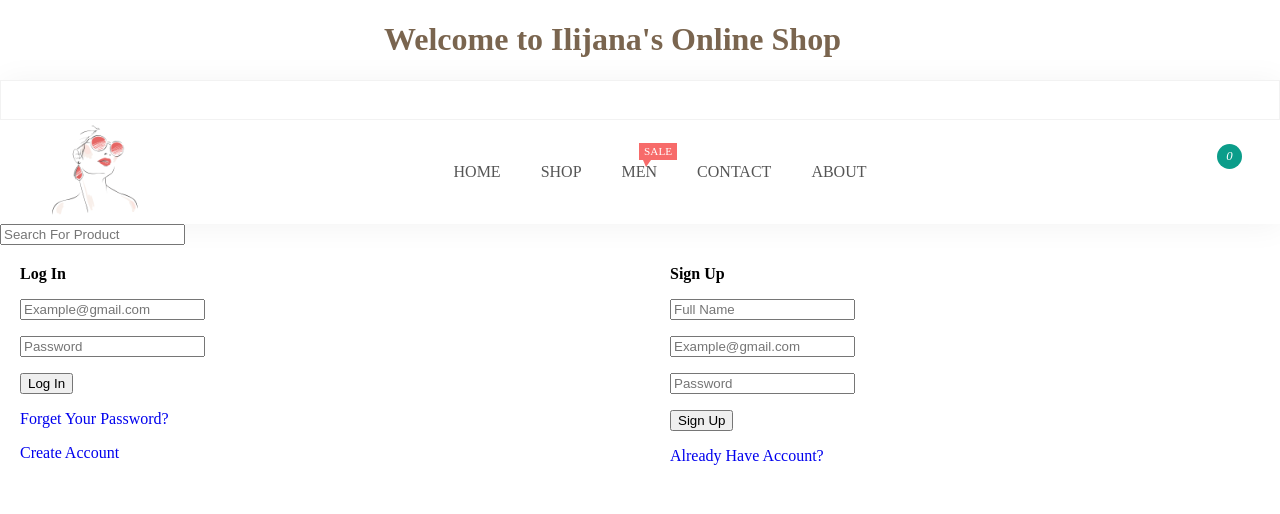
Repository: ilijana123/Proekt1
Page: html.html
These files come from the project's save history. The page is drawn as it stood at one moment and after the next save; the edit follows.
The browser window is 1280 px wide. The pictures show the part of the page from y = 0 to 514 px (the page is 4329 px tall before and 4363 px after).
Pictures or frames that could not be fetched are drawn as grey boxes. A picture or video elsewhere on the page could not be fetched, so the positions and the page height are approximate. The page's requests for data from a server got no answer.

Above is the page before, as saved 2023-11-13 03:19:58.
Console error: TypeError: Cannot read properties of null (reading 'appendChild')

### html.html
<!DOCTYPE html>
<html>
    <head>

    <meta charset="utf-8">
    <title>Online shop</title>
    <link rel="stylesheet" type="text/css" href="1.css">
    <script src="script.js"></script>

    </head>

    <body>
    <header>
       <h1>Welcome to Ilijana's Online Shop</h1>
    </header>
    <nav>
 <div class="social-call">
     <div class="social">
         <a href="#"><i class="fab fa-facebook-f"></i></a>
         <a href="#"><i class="fab fa-twitter"></i></a>
         <a href="#"><i class="fab fa-youtube"></i></a>
         <a href="#"><i class="fab fa-instagram"></i></a>
     </div>
 </div>
 <div class="navigation">
     <a href="#" class="logo"><img src="logo.png"></a>
     <div class="toggle"></div>
     <ul class="menu">
         <li><a href="#">Home</a></li>
         <li  class="shop"><a href="#" >Shop</a></li>
         <li><a href="#">Men</a>
             <span class="sale-lable">Sale</span>
         </li>
         <li><a href="#">Contact</a></li>
         <li><a href="#">About</a></li>
     </ul>
     <div class="right-menu">
         <a href="javascript:void(0);" class="search">
             <i class="fas fa-search"></i>
         </a>
         <a href="javascript:void(0);" class="user">
             <i class="far fa-user"></i>
         </a>
         <a href="#">
             <i class="fas fa-shopping-cart">
                 <span class="num-cart-product">0</span>
             </i>
         </a>
     </div>
     </div>
 </nav>
 <div class="search-bar">
    <div class="search-input">
    <input type="text" placeholder="Search For Product" name="search" />
    <a href="javascript:void(0);" class="search-cancel">
        <i class="fas fa-times"></i>
    </a>
</div>
</div>
 <div class="form">
    <div class="login-form">
        <a href="javascript:void(0);" class="form-cancel">
            <i class="fas fa-times"></i>
        </a>
        <strong>Log In</strong>
        <form>
            <p><input type="email" name="email" placeholder="Example@gmail.com" required/></p>
            <p><input type="password" name="password" placeholder="Password" required/></p>
            <p><input type="submit" value="Log In"/></p>
        </form>
        <div class="form-btns">
            <p><a href="#" class="forget">Forget Your Password?</a></p>
            <p><a href="javascript:void(0);" class="sign-up-btn">Create Account</a></p>
        </div>
    </div>
        <div class="sign-up-form">
        <a href="javascript:void(0);" class="form-cancel">
            <i class="fas fa-times"></i>
        </a>
            <strong>Sign Up</strong>
            <form>
                <p><input type="text" name="fullname" placeholder="Full Name" required/></p>
                <p><input type="email" name="email" placeholder="Example@gmail.com" required/></p>
                <p><input type="password" name="password" placeholder="Password" required/></p>
                <p><input type="submit" value="Sign Up"/></p>
            </form>
            <div class="form-btns">
                <a href="javascript:void(0);" class="already-account">
                    Already Have Account?</a>

            </div>
        </div>
</div>
<ul id="adaptive" class="cs-hidden">
    <li class="item-a">
<div class="full-slider-box f-slide-1">

    <div class="f-slider-text-container">
    <div class="f-slider-text">
        <span>Limited Offer</span>
        <strong>30% Off<br/> With <font>Promo Code</font></strong>
        <a href="#" class="f-slider-btn">Shop Now</a>
    </div>
    </div>

</div>
</li>
    <li class="item-b">
<div class="full-slider-box f-slide-2">

    <div class="f-slider-text-container">
    <div class="f-slider-text">
        <span>Limited Offer</span>
        <strong>30% Off<br/> With <font>Promo Code</font></strong>
        <a href="#" class="f-slider-btn">Shop Now</a>
    </div>
    </div>

</div>
</li>
     <li class="item-c">
<div class="full-slider-box f-slide-3">

    <div class="f-slider-text-container">
    <div class="f-slider-text">
        <span>Limited Offer</span>
        <strong>30% Off<br/> With <font>Promo Code</font></strong>
        <a href="#" class="f-slider-btn">Shop Now</a>
    </div>
    </div>

</div>
</li>

</ul>
        <ul id="autoWidth" class="container" class="cs-hidden">
            <li class="item">
                <div class="feature-box">
                    <a href="#">
                        <img src="images/feature_1.jpg">
                    </a>
                </div>
                <span>T-Shirts</span>
            </li>
            <li class="item">
                <div class="feature-box">
                    <a href="#">
                        <img src="images/feature_2.jpg">
                    </a>
                </div>
                <span>Men T-Shirts</span>
            </li>
            <li class="item">
                <div class="feature-box">
                    <a href="#">
                        <img src="images/feature_3.jpg">
                    </a>
                </div>
                <span>Kids T-Shirts</span>
            </li>
            <li class="item">
                <div class="feature-box">
                    <a href="#">
                        <img src="images/feature_4.jpg">
                    </a>
                </div>
                <span>Pillow</span>
            </li>
            <li class="item">
                <div class="feature-box">
                    <a href="#">
                        <img src="images/feature_5.jpg">
                    </a>
                </div>
                <span>Phone Cover</span>
            </li>
            <li class="item">
                <div class="feature-box">
                    <a href="#">
                        <img src="images/feature_6.jpg">
                    </a>
                </div>
                <span>Shopping Bags</span>
            </li>

          </ul>
   <section class="new-arrival">
    <div class="arrival-heading">
        <strong>New Arrival</strong>
        <p>We Provide You New Fasion Design Clothes</p>
    </div>
      <div class="product-container">
          <div class="product-box">
              <div class="product-img">
                  <a href="#" class="add-cart">
                      <i class="fas fa-shopping-cart"></i>
                    </a>
                <img src="images/p-1.png">
              </div>
              <div class="product-details">
                  <a href="#" class="p-name">Drawstring T-Shirt</a>
                  <span class="p-price">$22.00</span>
              </div>
          </div>
            <div class="product-box">
                <div class="product-img">
                  <a href="#" class="add-cart"><i class="fas fa-shopping-cart"></i></a>
                  <img src="images/p-2.png">
                </div>
                <div class="product-details">
                    <a href="#" class="p-name">Drawstring T-Shirt</a>
                    <span class="p-price">$22.00</span>
                </div>
            </div>
          <div class="product-box">
            <div class="product-img">
                <a href="#" class="add-cart"><i class="fas fa-shopping-cart"></i></a>
              <img src="images/p-3.png">
            </div>
            <div class="product-details">
                <a href="#" class="p-name">Drawstring T-Shirt</a>
                <span class="p-price">$22.00</span>
            </div>
        </div>
          <div class="product-box">
            <div class="product-img">
                <a href="#" class="add-cart"><i class="fas fa-shopping-cart"></i></a>
              <img src="images/p-4.png">
            </div>
            <div class="product-details">
                <a href="#" class="p-name">Drawstring T-Shirt</a>
                <span class="p-price">$22.00</span>
            </div>
        </div>
          <div class="product-box">
            <div class="product-img">
                <a href="#" class="add-cart"><i class="fas fa-shopping-cart"></i></a>
              <img src="images/p-5.png">
            </div>
            <div class="product-details">
                <a href="#" class="p-name">Drawstring T-Shirt</a>
                <span class="p-price">$22.00</span>
            </div>
        </div>
          <div class="product-box">
            <div class="product-img">
                <a href="#" class="add-cart"><i class="fas fa-shopping-cart"></i></a>
              <img src="images/p-6.png">
            </div>
            <div class="product-details">
                <a href="#" class="p-name">Drawstring T-Shirt</a>
                <span class="p-price">$22.00</span>
            </div>
        </div>
          <div class="product-box">
            <div class="product-img">
                <a href="#" class="add-cart"><i class="fas fa-shopping-cart"></i></a>
              <img src="images/p-7.png">
            </div>
            <div class="product-details">
                <a href="#" class="p-name">Drawstring T-Shirt</a>
                <span class="p-price">$22.00</span>
            </div>
        </div>
          <div class="product-box">
            <div class="product-img">
                <a href="#" class="add-cart">
                    <i class="fas fa-shopping-cart"></i>
                </a>
              <img src="images/p-8.png">
            </div>
            <div class="product-details">
                <a href="#" class="p-name">Drawstring T-Shirt</a>
                <span class="p-price">$22.00</span>
            </div>
        </div>
      </div>
  </section>
 <section class="sale">
    <div class="sale-box sale-1">
        <img src="images/sale-1.jpg">

        <a href="#">
        <div class="sale-text">
          <strong>Bag with rose pattern</strong>
          <span>Sale off 25%</span>
        </div></a>

      </div>
    <div class="sale-box sale-1">
      <img src="images/sale-2.jpg">

      <a href="#"><div class="sale-text">
        <strong>Hello Summer</strong>
        <span>Sale off 20%</span>
      </div></a>

    </div>
     <div class="sale-box sale-1">
      <img src="images/sale-3.jpg">

      <a href="#">
      <div class="sale-text">
        <strong>Let's Party Hard Pillow</strong>
        <span>Sale off 25%</span>
      </div></a>

    </div>

</section>
 <section class="feature-item">
    <div class="feature-heading">
    <strong>Featured Items</strong>
    <p>We Provide You New Fasion Design Clothes</p>
        </div>
      <div class="product-container">
          <div class="product-box">
              <div class="product-img">
                  <a href="#" class="add-cart"><i class="fas fa-shopping-cart"></i></a>
                <img src="images/p-1.png">
              </div>
              <div class="product-details">
                  <a href="#" class="p-name">Drawstring T-Shirt</a>
                  <span class="p-price">$22.00</span>
              </div>
          </div>
            <div class="product-box">
                <div class="product-img">
                  <a href="#" class="add-cart"><i class="fas fa-shopping-cart"></i></a>
                  <img src="images/p-2.png">
                </div>
                <div class="product-details">
                    <a href="#" class="p-name">Drawstring T-Shirt</a>
                    <span class="p-price">$22.00</span>
                </div>
            </div>
          <div class="product-box">
            <div class="product-img">
                <a href="#" class="add-cart"><i class="fas fa-shopping-cart"></i></a>
              <img src="images/p-3.png">
            </div>
            <div class="product-details">
                <a href="#" class="p-name">Drawstring T-Shirt</a>
                <span class="p-price">$22.00</span>
            </div>
        </div>
         <div class="product-box">
            <div class="product-img">
                <a href="#" class="add-cart"><i class="fas fa-shopping-cart"></i></a>
              <img src="images/p-4.png">
            </div>
            <div class="product-details">
                <a href="#" class="p-name">Drawstring T-Shirt</a>
                <span class="p-price">$22.00</span>
            </div>
        </div>

            </div>
            </section>
<div class="banner-box f-slide-3">

    <div class="banner-text-container">
    <div class="banner-text">
        <span>Limited Offer</span>
        <strong>30% Off<br/> With <font>Promo Code</font></strong>
        <a href="#" class="banner-btn">Shop Now</a>
    </div>
    </div>

</div>
    <section class="services">
        <div class="services-box">
            <i class="fas fa-shipping-fast"></i>
            <span>Free Shipping</span>
            <p>Free Shipping for all US order</p>
        </div>
        <div class="services-box">
            <i class="fas fa-headphones-alt"></i>
            <span>Support 24/7</span>
            <p>We support 24h a day</p>
        </div>
        <div class="services-box">
            <i class="fas fa-sync"></i>
            <span>100% Money Back</span>
            <p>You have 30 days to Return</p>
        </div>

    </section>
    <footer>
        <span class="copyright">
            Copyright 2020 - GoingToInternet
        </span>
        <div class="subscribe">
            <form>
            <input type="email" placeholder="Example@gmail.com" required/>
            <input type="submit" value="Subscribe">
            </form>
        </div>
    </footer>
    </body>
</html>

### 1.css
h1  {
    font-family: fantasy;
    color:rgb(122, 101, 79);
    position:relative;
    margin-left: 30%;
}
body{
    margin:0px;
    padding: 0px;
    font-family: poppins;
    background-color: #ffffff;
}
*{
    box-sizing: border-box;
}
ul{
    list-style: none;
    margin-right: 80px;
    margin-left: 40px;
}
a{
    text-decoration: none;
}
nav{
    width:100%;
    box-shadow: 2px 2px 30px rgba(0,0,0,0.05);
    z-index: 100;
}
.social-call{
    height: 40px;
    border: 1px solid rgba(0,0,0,0.05);
    display: flex;
    justify-content: center;
    align-items: center;
}
.social a{
    margin: 0px 5px;
    color: rgba(0,0,0,0.7);
    font-size: 0.9rem;
}
.phone{
    color: rgba(0,0,0,0.7);
    margin-left: 30px;
    font-size: 0.9rem;
}
.social a:hover{
    color: #0b9d8a;
    transition: all ease 0.3s;
}
.navigation{
    display: flex;
    justify-content: space-between;
    align-items: center;
    padding: 0px 45px;
}
.logo img{
    height: 100px;
}
.menu{
    display: flex;
}
.menu li{
    position: relative;
    margin: 20px;
    display: flex;
    text-transform: uppercase;
    font-weight: 500;
}
.menu li a{
    color: #555555;
}
.right-menu a{
    margin: 0px 10px;
    font-size: 1.2rem;
    color: rgba(0,0,0,0.7);
}
.menu a:hover,
.right-menu a:hover,
.search-cancel:hover,
.form-cancel:hover{
    color: #0b9d8a;
    transition: all ease 0.3s;
}
.sale-lable{
    width:38px;
    height: 17px;
    background-color: #f76b6a;
    color: #ffffff;
    font-weight: 400;
    display: flex;
    justify-content: center;
    align-items: center;
    font-size: 0.7rem;
    text-transform: uppercase;
    position: absolute;
    top: -20px;
    right: -20px;
}
.sale-lable:after{
    content: '';
    width:0px;
    height: 0px;
    border-bottom: 5px solid transparent;
    border-left: 3px solid transparent;
    border-top: 7px solid #f76b6a;
    border-right: 5px solid transparent;
    position: absolute;
    left: 10%;
    top: 100%;
}
.fa-shopping-cart{
    position: relative;
}
.num-cart-product{
    position: absolute;
    top: -17px;
    right: -17px;
    width:25px;
    height: 25px;
    font-size: 0.8rem;
    border-radius: 50%;
    background-color: #0b9d8a;
    color: #ffffff;
    display: flex;
    justify-content: center;
    align-items: center;
    font-weight: 400;
}
.form {
    display: flex;
}

.login-form,
.sign-up-form {
    flex: 1;
    padding: 20px; /* Прилагодете го ова според вашиот дизајн */
    box-sizing: border-box;
}

.login-form {
    margin-right: 20px; /* Опционално: Додадете меѓусебен простор */
}
.full-slider-box{
    width:100%;
    height: 65vh;
    display: flex;
    justify-content: center;
    align-items: center;
    background-size: cover;
    background-repeat: no-repeat;
    background-position: center;
}
.f-slide-1{
    background-image: url(../images/Slider_01.jpg);
}
.f-slide-2{
    background-image: url(../images/Slider_02.jpg);
}
.f-slide-3{
    background-image: url(../images/Slider_03.jpg);
}
.slider-text-container{
    width:80%;
    height: 90%;
    display: flex;
    align-items: center;
}
.f-slider-text{
    display: flex;
    flex-direction: column;
    margin-right: auto;
}
.f-slider-text strong{
    color: #333333;
    font-size: 3rem;
    line-height: 55px;
    margin-top: 10px;
    letter-spacing: 1px;
}
.f-slider-text span{
    text-transform: uppercase;
    letter-spacing: 6px;
    font-weight: 500;
    color: #666666;
    font-size: 1.2rem;
}
.f-slider-btn{
    width:170px;
    height: 40px;
    display: flex;
    justify-content: center;
    align-items: center;
    color: #ffffff;
    background-color: #0b9d8a;
    text-transform: uppercase;
    letter-spacing: 2px;
    margin-top: 14px;
}
.f-slider-text strong font{
    color: #0b9d8a;
}
.feature-heading{
    display: flex;
    justify-content: center;
    align-items: center;
}
.feature-heading h2{
    font-size: 1.2rem;
    letter-spacing: 1px;
    color: #1b1919;
    text-transform: uppercase;
    font-weight: 600;
    margin-top: 40px;
    padding: 5px 30px;
    border: 1px solid #e0e0e0;
}
.feature-box{
    width:155px;
    height: 160px;
    margin: 0px 20px;
    border-radius: 10px;
    overflow: hidden;
}
.feature-box a img{
    width:100%;
    height: 100%;
    object-fit: cover;
    object-position: center;
}
.item span{
    font-size: 1rem;
    font-weight: 600;
    margin: 5px;
    color: #444444;
}
.item{
    display: flex;
    flex-direction: column;
    justify-content: center;
    align-items: center;
}
#autoWidth{
    display: flex;
    justify-content: center !important;
    margin: 10px auto 40px auto;
}
.arrival-heading strong{
    font-size: 1.2rem;
    letter-spacing: 1px;
    color: #1b1919;
    text-transform: uppercase;
    font-weight: 600;
    margin-top: 40px;
    padding: 5px 30px;
    border: 1px solid #e0e0e0;
}
.arrival-heading{
    display: flex;
    justify-content: center;
    align-items: center;
    flex-direction: column;
}
.arrival-heading strong{
    color: #ffffff;
    background-color: #202020;
    font-weight: 500;
}
.arrival-heading p{
    color: #808080;
    margin: 10px;
    font-size: 0.9rem;
}
.product-container{
    width:90%;
    display: flex;
    justify-content: center;
    align-items: center;
    flex-wrap: wrap;
    margin-top: 20px;
}
.product-box{
    display: flex;
    flex-grow: 0.5;
    flex-direction: column;
    align-items: center;
    border: 1px solid #f7f7f7;
    border-radius: 10px;
    margin: 20px;
}
.product-img{
    width:200px;
    height: 210px;
    margin: 20px;
    cursor: pointer;
    position: relative;
}
.product-img img{
    width:100%;
    height: 100%;
    object-fit: contain;
    object-position: center;
}
.product-details{
    display: flex;
    flex-direction: column;
    align-items: center;
    width: 100%;
    padding: 10px 20px;
    border-top: 1px solid #f3f3f3;
}
.p-name{
    color: #727272;
}
.p-price{
    color: #333333;
    font-size: 1.2rem;
    font-weight: 400;
}
.product-box:hover{
    box-shadow: 2px 2px 30px rgba(0,0,0,0.1);
}
.add-cart{
    position: absolute;
    right: -20px;
    top: 10px;
    width:50px;
    height: 50px;
    border-radius: 50%;
    display: flex;
    justify-content: center;
    align-items: center;
    color: #ffffff;
    background-color: #0b9d8a;
    box-shadow: 2px 2px 30px rgba(0,0,0,0.1);
    display: none;
    animation: fade 0.3s;

}
.add-cart:hover{
    background-color: #f76b6a;
    transition: all ease 0.2s;
}
.product-box:hover .add-cart{
    display: flex;
}
.new-arrival{
    display: flex;
    flex-direction: column;
    justify-content: center;
    align-items: center;
}

.sale{
    width:95%;
    display: flex;
    justify-content: center;
    align-items: center;
    flex-wrap: wrap;
    margin: 20px auto;

}
.sale-box{
    width:280px;
    border-radius: 20px;
    margin: 20px;
    position: relative;
    flex-grow: 0.5;
}
.sale-box img{
    width:100%;
    height: 100%;
    object-fit: cover;
    object-position: center right;
}
.sale-text{
    position: absolute;
    left: 20%;
    top: 50%;
    transform: translate(-20%,-50%);
    display: flex;
    flex-direction: column;
}
.sale-box a{
    color: #1b1919;
}
.sale-text strong{
    font-size: 1.2rem;
    font-weight: 500;
    width: 80%;
    line-height: 23px;
}

.banner-box{
    width:100%;
     height: 40vh;
    margin: 20px 0px;
    display: flex;
    justify-content: center;
    align-items: center;
    background-image: url(../images/Slider_03.jpg);
    background-size: cover;
    background-repeat: no-repeat;
    background-position: center;
}

.banner-text-container{
    width:80%;
    height: 90%;
    display: flex;
    align-items: center;
}

.banner-text{
    display: flex;
    flex-direction: column;
    margin-right: auto;
}

.banner-text strong{
    color: #333333;
    font-size: 3rem;
    line-height: 55px;
    margin-top: 10px;
    letter-spacing: 1px;
}

.banner-text span{
    text-transform: uppercase;
    letter-spacing: 6px;
    font-weight: 500;
    color: #666666;
    font-size: 1.2rem;
}

.banner-btn{
    width:170px;
    height: 40px;
    display: flex;
    justify-content: center;
    align-items: center;
    color: #ffffff;
    background-color: #0b9d8a;
    text-transform: uppercase;
    letter-spacing: 2px;
    margin-top: 14px;
}
.banner-text strong font{
    color: #0b9d8a;
}
.services{
    display: flex;
    width: 90%;
    justify-content: center;
    align-items: center;
    flex-wrap: wrap;
    margin: auto;
}
.services-box{
    display: flex;
    flex-direction: column;
    justify-content: center;
    align-items: center;
    border: 1px solid rgba(0,0,0,0.1);
    min-width: 250px;
    padding: 20px;
    margin: 15px;
    flex-grow: 0.7;
}
.services-box i{
    color: #0b9d8a;
    font-size: 2rem;
    margin: 15px;
}
.services-box span{
    color: #222222;
    font-weight: 600;
    letter-spacing: 0.5px;
    font-size: 1rem;
}
.services-box p{
    color: #878787;
    margin: 0px;
    font-size: 0.9rem;
}
footer{
    display: flex;
    justify-content: space-around;
    align-items: center;
    padding: 10px;
    border-top: 1px solid rgba(0,0,0,0.1);
    flex-wrap: wrap;
    margin-top: 20px;
}
.copyright{
    font-size: 0.9rem;
    color: #4e4e4e;
    letter-spacing: 1px;
}
.subscribe input{
    width:240px;
    height: 43px;
    padding: 0px 20px;
    border: 1px solid rgba(0,0,0,0.1);
    outline: none;
    box-shadow: 2px 2px 30px rgba(0,0,0,0.05);
}
.subscribe input[type="submit"]{
    width:120px;
    background-color: #0b9d8a;
    color: #ffffff;
    margin: 0px 5px;
}
.toggle{
    display: none;
}
@media(max-width:1010px){
    nav{
        position: relative;
    }
    .navigation{
        height: 80px;
    }
    .fix-nav{
        height: 80px;
    }
    .menu{
        position: absolute;
        top: 110px;
        left: 0px;
        background-color: #ffffff;
        border-bottom: 4px solid #0b9d8a;
        width: 100%;
        padding: 0px;
        margin: 0px;
        z-index: 102;
        flex-direction: column;
        display: none;

    }
    .fix-nav .menu{
        top: 80px;
    }
    .menu li{
        width:100%;
        margin: 0px;
        padding: 0px;
    }
    .navigation .menu li a{
        width:100%;
        height: 50px;
        display: flex;
        align-items: center;
        margin: 0px;
        padding: 25px;
        border: 1px solid rgba(0,0,0,0.03);
    }
    .sale-lable{
        display: none;
    }
    .toggle{
        display: block;
    }
    .toggle:before{
        content: '\f0c9';
        font-family: fontAwesome;
        line-height: 30px;
        z-index: 1;
        cursor: pointer;
    }
    .toggle.active:before{
        content: '\f00d';
    }
    .navigation.active .menu{
        display: block;
    }
    .full-slider-box,
    .banner-box{
        height: 45vh;
    }
    .f-slider-text span,
    .banner-text span{
        font-size: 0.9rem;
    }
    .f-slider-text strong,
    .banner-text strong{
        font-size: 2rem;
        line-height: 40px;
    }
    .search-input{
        height: 60px;
    }
    .search-input input,
    .search-cancel{
        font-size: 1.4rem;
    }
    .sale-box{
        height: 200px;
    }
}
@media(max-width:600px){
    .navigation{
        padding: 10px;
    }
    .f-slider-text strong,
    .banner-text strong{
        font-size: 1.2rem;
        line-height: 25px;
    }
    .full-slider-box,
    .banner-box{
        height: 30vh;
    }
    .f-slider-text span,
    .banner-text span{
        font-size: 0.8rem;
    }
    .f-slider-btn,
    .banner-btn{
        width:120px;
        height: 30px;
        font-size: 0.8rem;
    }
    .feature-heading h2{
        font-size: 1.2rem;
    }
    .feature-box{
        width:120px;
        height: 120px;
    }
    .new-arrival strong,
    .feature-heading strong{
        font-size: 1.2rem;
    }
    .new-arrival p,
    .feature-heading p{
        font-size: 0.8rem;
        text-align: center;
    }
    .sale-box{
        width:100%;
        height: 180px;
    }
    .sale{
        width: 100%;
    }
    .services{
        width:100%;
    }
    .services-box{
        width:100%;
    }
    .copyright{
        margin: 20px 0px;
        text-align: center;
    }
    .subscribe{
        width:100%;
    }
    .subscribe form{
        flex-wrap: nowrap;
        display: flex;
        width:100%;
    }
    .subscribe input{
        width:100%;
        flex-grow: 1;
    }
    .login-form,
    .sign-up-form{
        width:90%;
    }
}

Loaded but not shown: script.js (85 lines, source omitted)

After the next save:
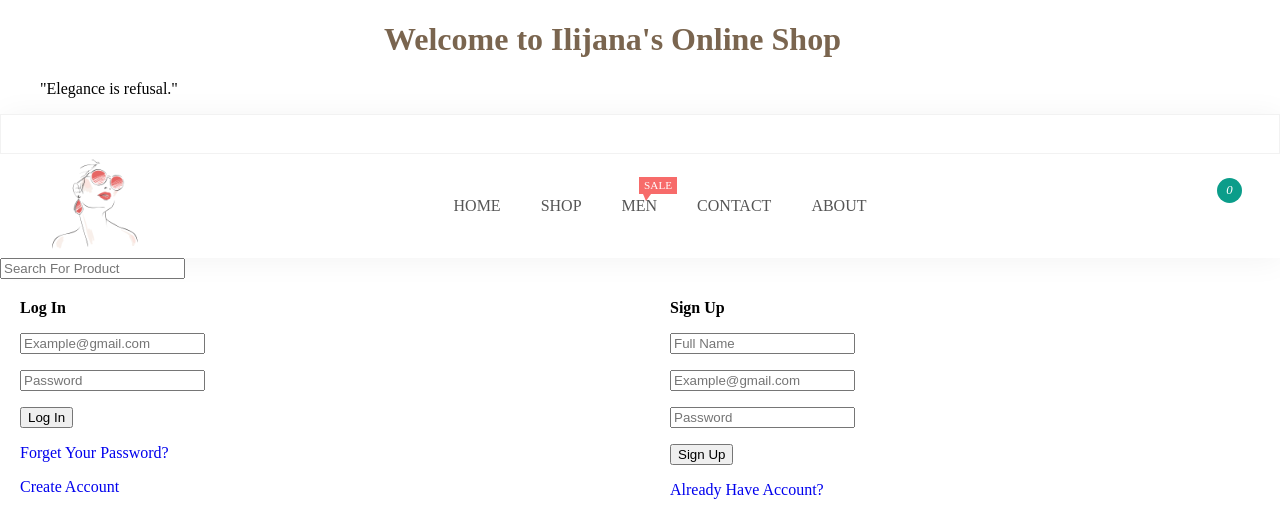
Saved 2 min 54 s later.
--- a/html.html
+++ b/html.html
@@ -12,6 +12,9 @@
     <body>
     <header>
        <h1>Welcome to Ilijana's Online Shop</h1>
+       <blockquote>
+        <p>"Elegance is refusal." </p>
+    </blockquote>
     </header>
     <nav>
  <div class="social-call">
